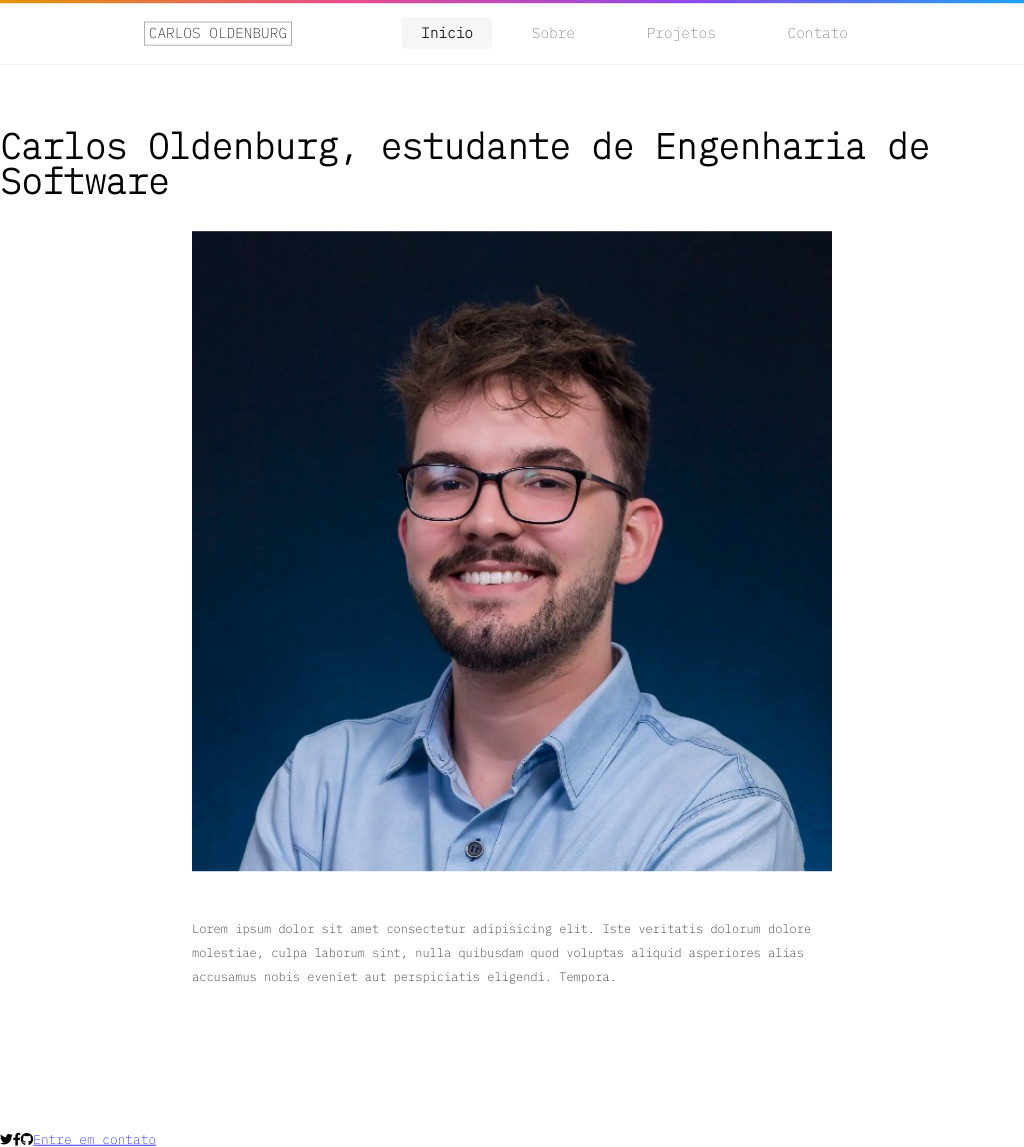
Repository: Carolden/PortfolioCrie
Page: index.html
The author's editor kept a copy of each file at every save. The page is drawn from the files as they stood at one save, then again after the next save.
The browser window is 1280 px wide. The pictures show the whole page, at 80% of full size.

Above is the page before, as saved 2023-05-22 13:29:38.

### index.html
<!DOCTYPE html>
<html lang="pt-BR">
<head>
    <meta charset="UTF-8">
    <meta http-equiv="X-UA-Compatible" content="IE=edge">
    <meta name="viewport" content="width=device-width, initial-scale=1.0">
    <title>Carlos Eduardo Oldenburg</title>

    <link rel="stylesheet" href="styles/base/reset.css">
    <link rel="stylesheet" href="styles/base/body.css">
    <link rel="stylesheet" href="styles/layout/header.css">
    <link rel="stylesheet" href="styles/layout/index__section.css">
    <link rel="stylesheet" href="styles/components/header__a.css">
    <link rel="stylesheet" href="styles/components/header__nav.css">
    <link rel="stylesheet" href="styles/components/name__box.css">
    <link rel="stylesheet" href="styles/components/section__contact.css">
    <link rel="stylesheet" href="styles/components/section__image.css">
    <link rel="stylesheet" href="styles/components/section__p.css">
    <link rel="stylesheet" href="styles/components/section__title.css">

    <link rel="preconnect" href="https://fonts.googleapis.com">
    <link rel="preconnect" href="https://fonts.gstatic.com" crossorigin>
    <link href="https://fonts.googleapis.com/css2?family=IBM+Plex+Mono:wght@200&family=Open+Sans:wght@800&display=swap" rel="stylesheet">
    <link rel="stylesheet" href="https://cdnjs.cloudflare.com/ajax/libs/font-awesome/6.4.0/css/all.min.css">



</head>
<body>

    <header class="header">

        <div class="name__container">
            <h2 class="name__box">CARLOS OLDENBURG</h2>
        </div>

        <nav class="header__nav">
            <a href="#" class="header__a active">Inicio</a>
            <a href="#" class="header__a"> Sobre</a>
            <a href="#" class="header__a">Projetos</a>
            <a href="#" class="header__a">Contato</a>
        </nav>

    </header>

    <section class="index__section">

        <span>
            <h1 class="section__title">Carlos Oldenburg, estudante de Engenharia de Software</h1>
        </span>

        <div>
            <img src="images/imagem.jpeg" alt="foto" class="section__image">
        </div>

        <span class="section__p">
            <p>Lorem ipsum dolor sit amet consectetur adipisicing elit. Iste veritatis dolorum dolore molestiae, culpa laborum sint, nulla quibusdam quod voluptas aliquid asperiores alias accusamus nobis eveniet aut perspiciatis eligendi. Tempora.</p>
        </span>



    </section>

    <div class="section__contact">
        <i class="fa-brands fa-twitter contact__icon"></i>
        <i class="fa-brands fa-facebook-f contact__icon"></i>
        <i class="fa-brands fa-github contact__icon"></i>
        <a href="#">Entre em contato</a>
    </div>









</body>
</html>

### styles/base/body.css
body {
    font-family: 'IBM Plex Mono', monospace;
}

### styles/layout/header.css
.header {
    display: flex;
    justify-content: space-between;
    height: 80px;
    width: 100%;
    left: 0px;
    top: 4px;
    border-radius: 0px;
    box-sizing: border-box;
    /* position: absolute; */
    align-items: center;
    border-top: 4px;
    border-image: linear-gradient(to right, #E39600, #EA4C89, #8F48EB, #1DA1F2) 1;
    border-style: solid;
}

### styles/layout/index__section.css
.index__section {
    display: flex;
    flex-direction: column;
    align-items: center;
    border-top: 1px solid #EAEAEA;
    padding-top: 80px;
}

### styles/components/header__a.css
.header__a {
    padding: 40px;
    text-decoration: none;
    color: #6C6C6C;
    font-size: 18px;
}

.active {
    color: #242424;
    font-weight: 600;
    background: #F6F6F6;
    border-radius: 4px;
    padding: 8px 24px;
}

### styles/components/header__nav.css
.header__nav {
    margin-right: 180px;
}

### styles/components/name__box.css
.name__box {
    border: 1px solid #9D9D9D;
    padding: 5px;
    margin-left: 180px;
    font-size: 18px;
}

### styles/components/section__contact.css
.section__contact {
    display: flex;

}

### styles/components/section__image.css
.section__image {
    width: 800px;
    height: 800px;
    padding: 40px 0 55px 0;

}

### styles/components/section__p.css
.section__p {
    width: 800px;
    height: 270px;
    font-size: 15px;
    font-weight: 400;
    line-height: 30px;
    letter-spacing: 0em;
    text-align: left;
    margin: 0 280px 0 280px;
}

### styles/components/section__title.css
.section__title {
    font-size: 44px;
    font-weight: 600;
}

Loaded but not shown: styles/base/reset.css (common file)

After the next save:
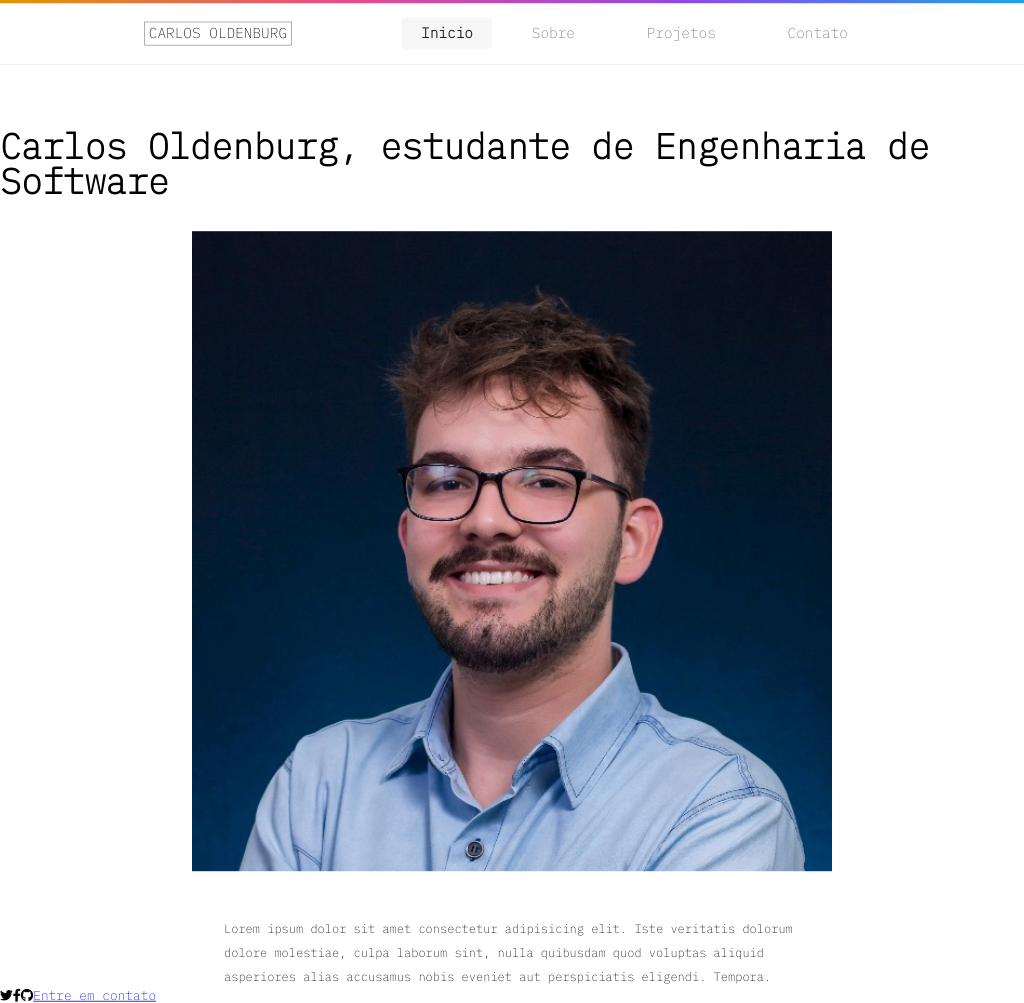
Saved 13 s later.
--- a/styles/components/section__p.css
+++ b/styles/components/section__p.css
@@ -1,6 +1,6 @@
 .section__p {
-    width: 800px;
-    height: 270px;
+    /* width: 800px; */
+    /* height: 270px; */
     font-size: 15px;
     font-weight: 400;
     line-height: 30px;
